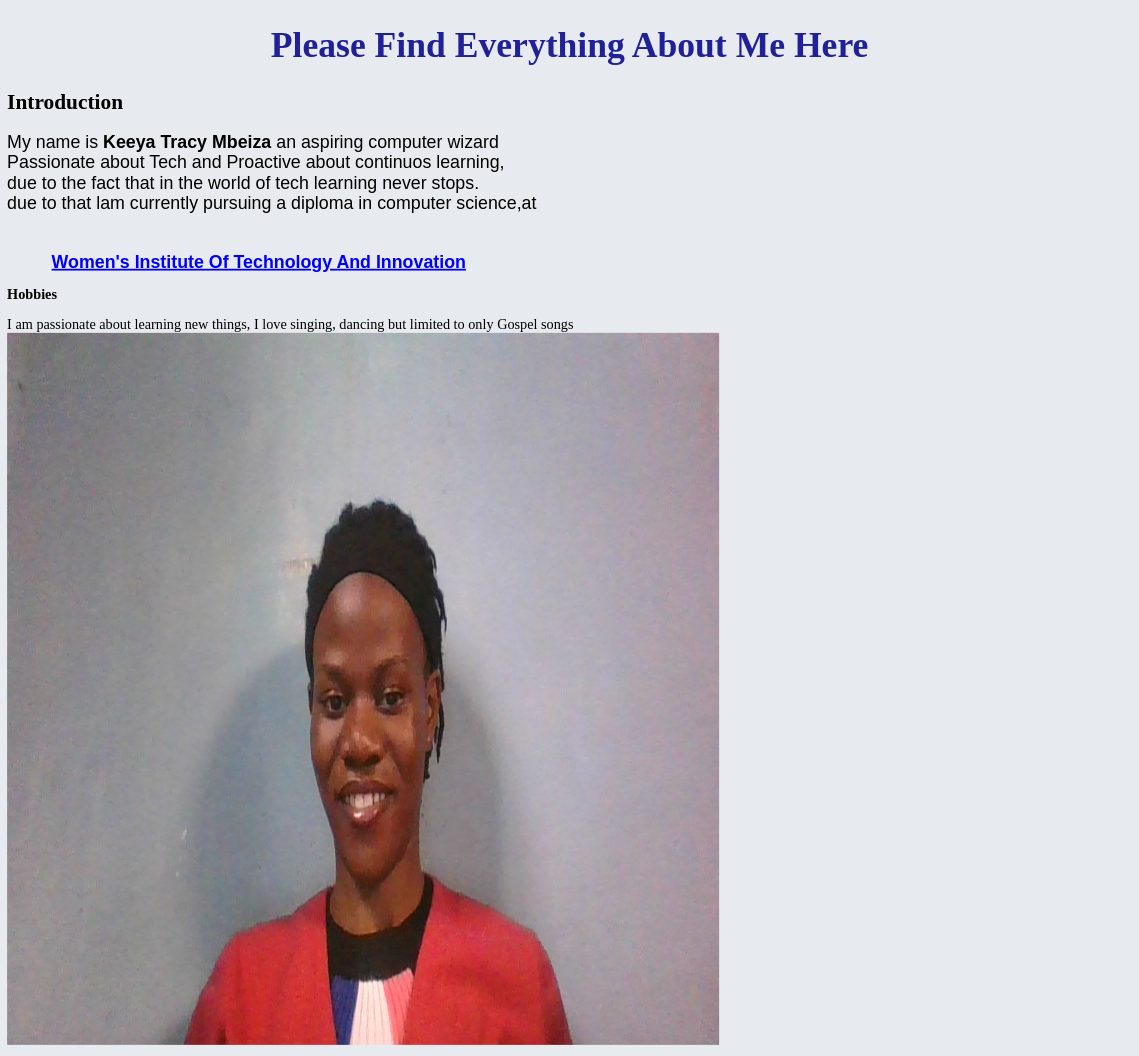
Repository: tracykeeya/my_first_web
Page: index.html
An editor plug-in stored every save of this project. The page is shown before and after the next save, followed by the edit.
The browser window is 1280 px wide. The pictures show the whole page, at 89% of full size.

Above is the page before, as saved 2025-11-03 11:29:34.

After the next save:
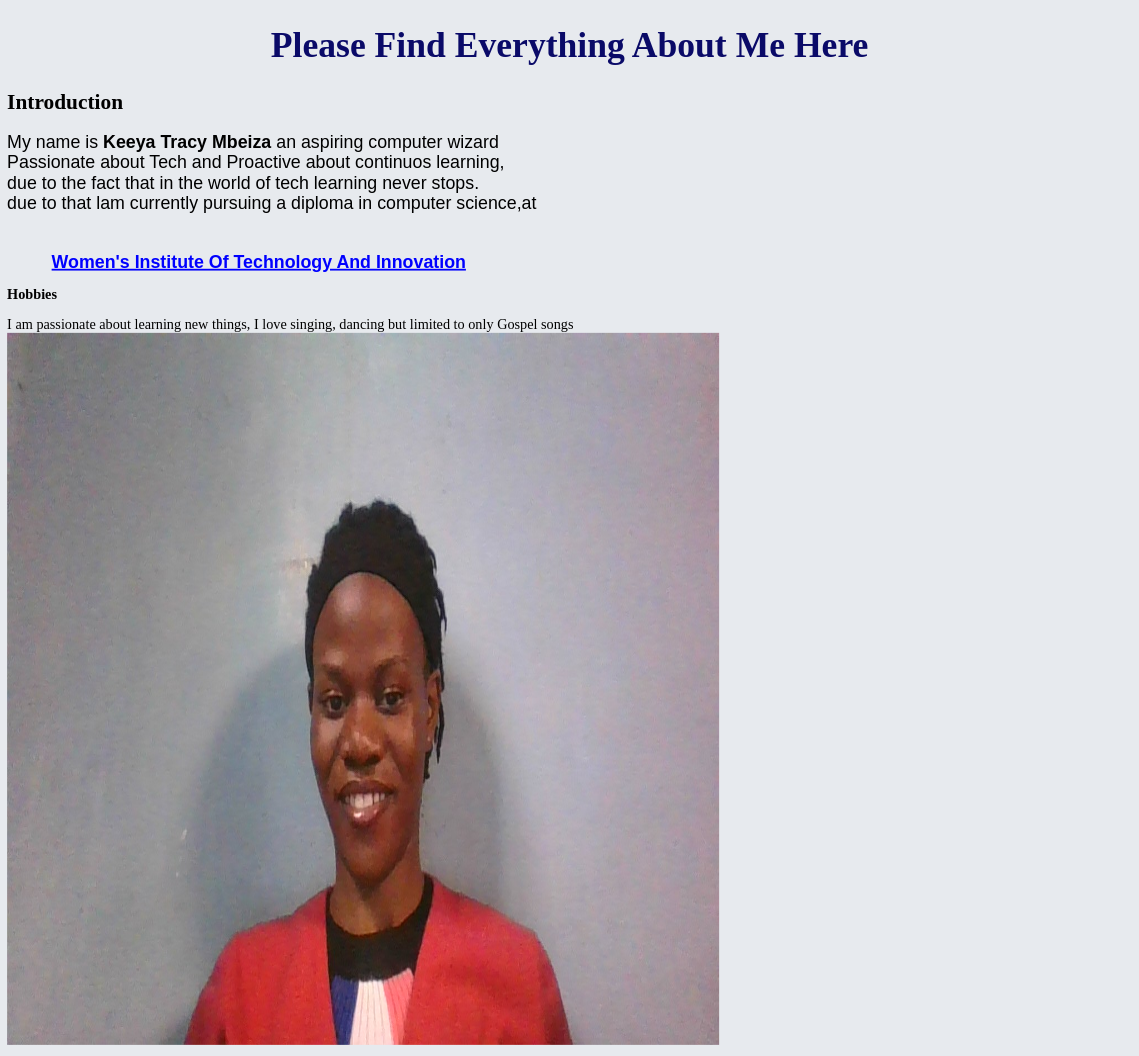
Saved 5 s later.
--- a/index.html
+++ b/index.html
@@ -6,7 +6,7 @@
     <title>My First Web Page</title>
 </head>
 <body style="background-color: rgb(231, 234, 238)" font-family="Arial, Helvetica, sans-serif" margin: 40px; color: #333;>
-    <h1 style="text-align: center; color: rgb(32, 32, 152); font-size: 40px; ">Please Find Everything About Me Here</h1>
+    <h1 style="text-align: center; color: rgb(10, 10, 104); font-size: 40px; ">Please Find Everything About Me Here</h1>
     <h2>Introduction</h2>
 
     <p style="font-size: 20px; font-family: Arial, Helvetica, sans-serif; text-align: left; color: rgb(0, 0, 0)">My name is<strong> Keeya Tracy Mbeiza</strong> an aspiring computer wizard<br>Passionate about Tech and Proactive about continuos learning,<br> due to the fact that in the world of tech learning never stops.<br> due to that lam currently pursuing a diploma in computer science,at<br>
